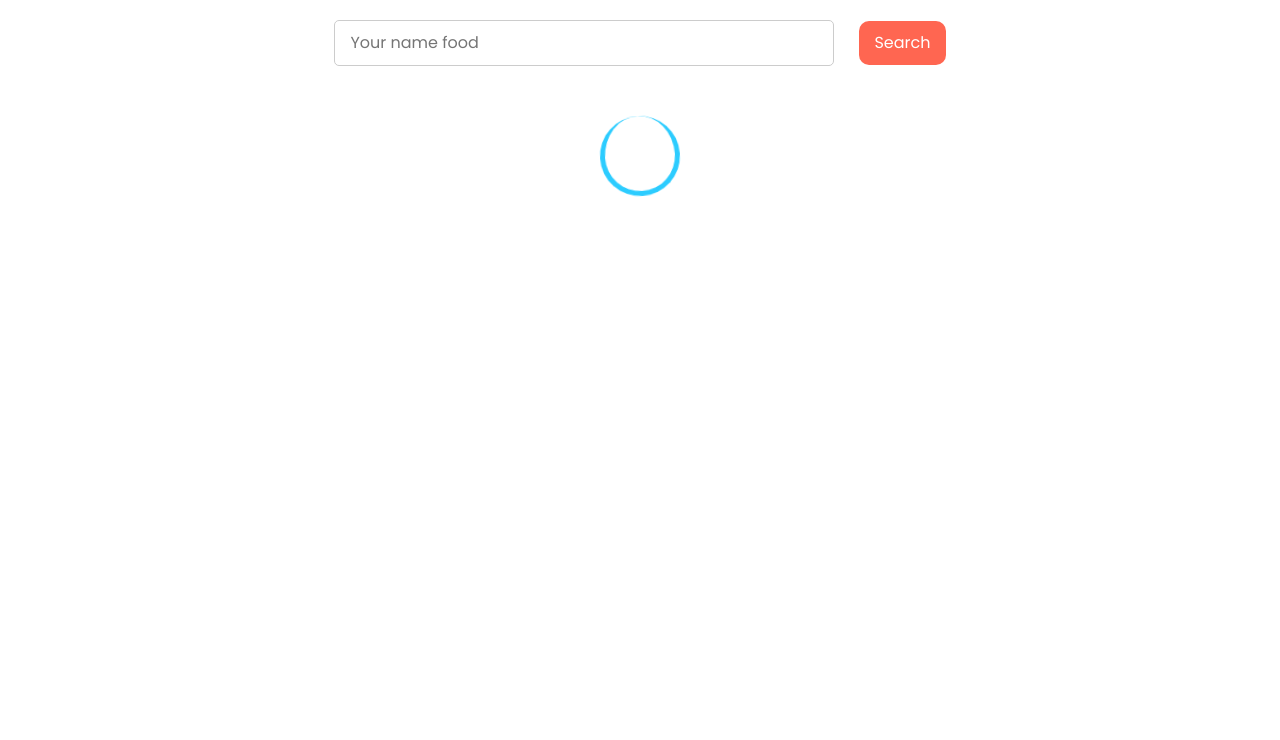
Repository: hoang0508/ReactJsDevWork
Page: /
These files come from the project's save history. The page is drawn as it stood at one moment and after the next save; the edit follows.
The browser window is 1280 px wide. The pictures show the whole page.
The page's requests for data from a server got no answer. The project was rebuilt for these pictures with package versions that can differ from the ones it lists, and the page was loaded fresh each time. No one was signed in, and anything a server would have sent is missing.

Above is the page before, as saved 2022-02-05 21:00:04.

After the next save:
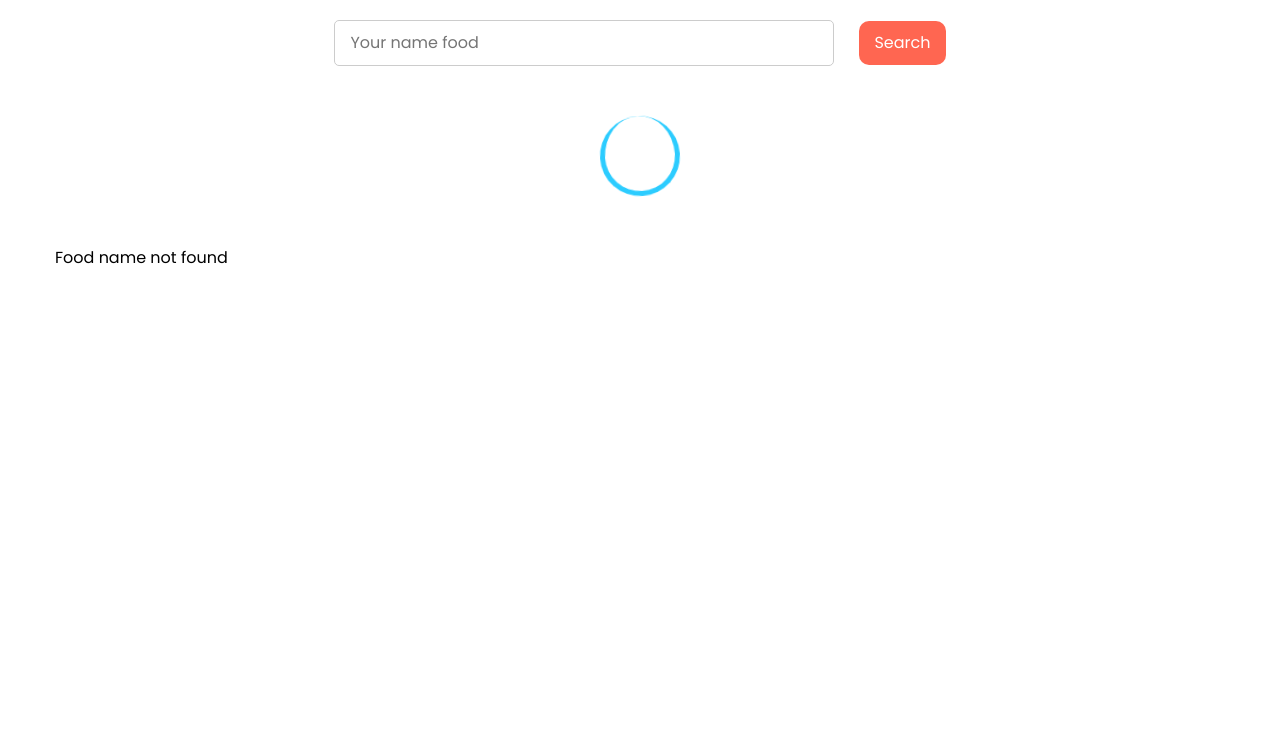
Saved 44 s later.
--- a/src/components/FoodApi/Food.js
+++ b/src/components/FoodApi/Food.js
@@ -11,7 +11,7 @@ const Food = () => {
   // Loading
   const [loadingFood, setLoadingFood] = useState(true);
   // Not found search
-  const [notFound, setNotFound] = useState("Food name not found");
+  const [notFound, setNotFound] = useState("");
   // url Link API
   const [url, setUrl] = useState(
     `https://www.themealdb.com/api/json/v1/1/filter.php?i=${queryMeals}`

After the 3 saves that followed:
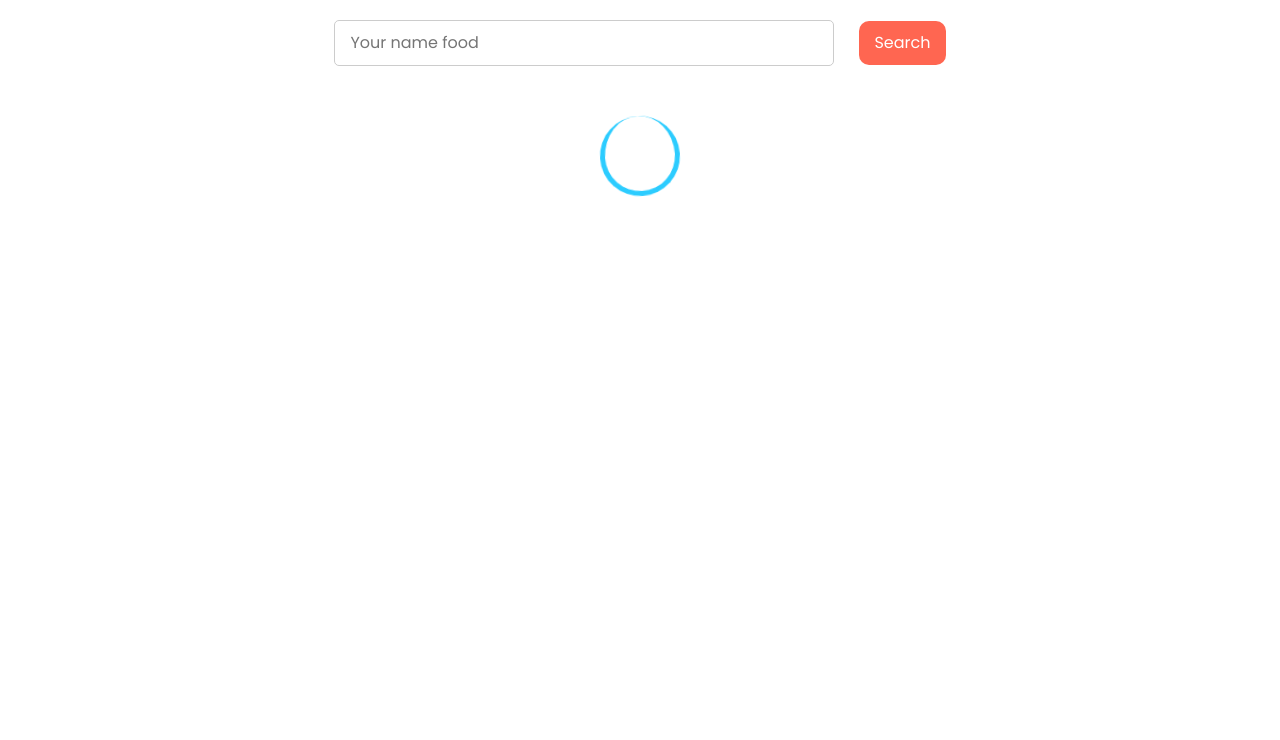
The 3 saves are shown as one change because 2 left the picture as it was.
The last was saved 101 s later.
--- a/src/components/FoodApi/Food.js
+++ b/src/components/FoodApi/Food.js
@@ -40,6 +40,7 @@ const Food = () => {
     setUrl(
       `https://www.themealdb.com/api/json/v1/1/filter.php?i=${queryMeals}`
     );
+    setNotFound(!queryMeals);
   };
   // useEffect
   useEffect(() => {
@@ -64,7 +65,7 @@ const Food = () => {
         {/* loading */}
         {loadingFood && <div className="food-loading"></div>}
         {/* Not found Search */}
-        {!notFound && <p>Food name not found</p>}
+        {notFound && <p>Food name not found</p>}
         {/* foodlist */}
         <div className="food-list">
           {!loadingFood &&
